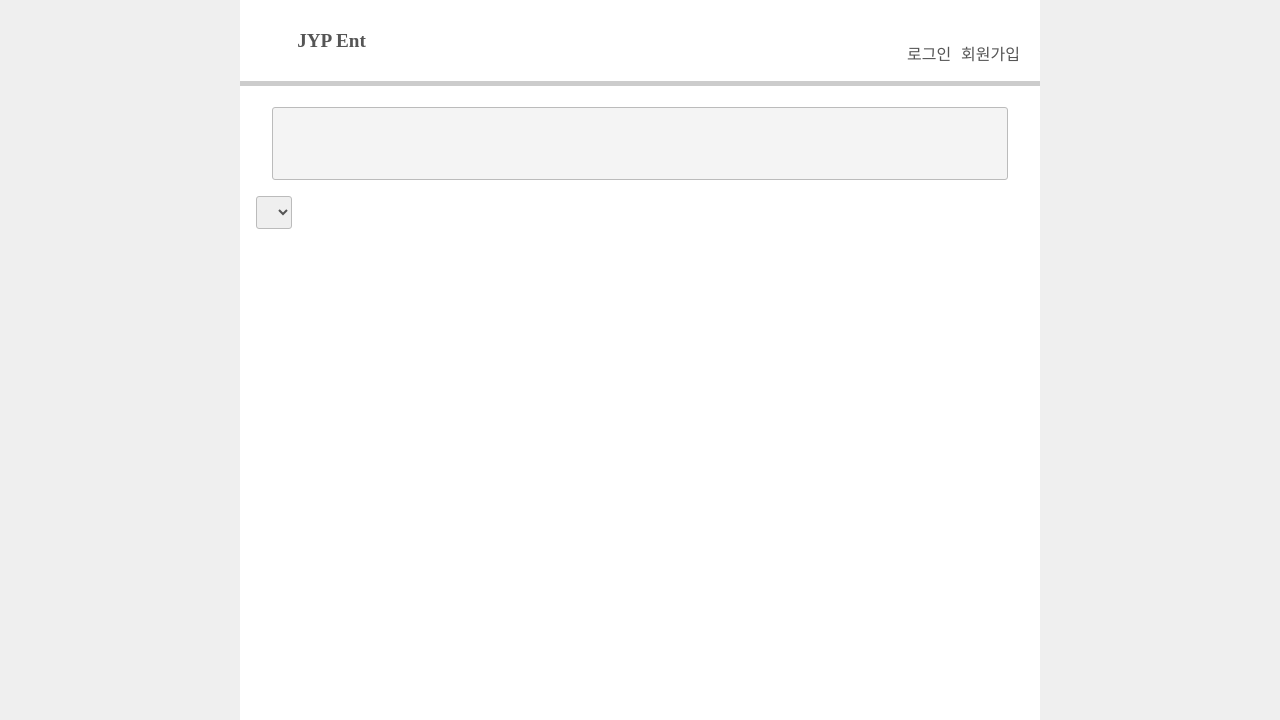
Repository: junyong231/JSP-SSIT
Page: http://localhost/jspPro/days02/ex01.jsp
These files come from the project's save history. The page is drawn as it stood at one moment and after the next save; the edit follows.
The browser window is 1280 px wide. The pictures show the whole page.
Some web fonts or font styles are not loaded; a fallback is used. The page is served by Tomcat 9. Other server files are loaded and not shown. Queries for data that is not in the repository find no rows.

Above is the page before, as saved 2024-10-16 01:10:21.

### jspPro/src/main/webapp/days02/ex01.jsp

<%@page import="com.util.DBConn"%>
<%@page import="java.util.ArrayList"%>
<%@page import="org.doit.domain.DeptVO"%>
<%@page import="java.sql.ResultSet"%>
<%@page import="java.sql.PreparedStatement"%>
<%@page import="java.sql.Connection"%>
<%@ page contentType="text/html; charset=UTF-8" pageEncoding="UTF-8"%>


<%
	Connection conn = null;
	PreparedStatement pstmt = null;
	String sql = " SELECT * "
					+ " FROM dept ";
	ResultSet rs = null;

	int deptno;
	String dname, loc;

	DeptVO vo = null;
	ArrayList<DeptVO> list = null;

	try{

		conn = DBConn.getConnection();

		pstmt = conn.prepareStatement(sql);
		rs = pstmt.executeQuery();
		if( rs.next() ) {
			list = new ArrayList<>();
			do{

				deptno = rs.getInt("deptno");
				dname = rs.getString("dname");
				loc = rs.getString("loc");

				vo = new DeptVO().builder()
								.deptno(deptno).dname(dname).loc(loc).build();

	            list.add(vo);


			}while( rs.next() );
		}

		/* System.out.println("> conn = " + conn);
		System.out.println(">isClosed = " + conn.isClosed() ); //true이면 닫힌거임 false떠야 연결완료 */

	}catch(Exception e){

	}finally{
		DBConn.close();
	}



%>

<!DOCTYPE html>
<html>
<head>
<meta charset="UTF-8">
<title>Insert title here</title>
<link rel="shortcut icon" type="image/x-icon" href="http://localhost/jspPro/images/SiSt.ico">
<script src="https://ajax.googleapis.com/ajax/libs/jquery/3.7.1/jquery.min.js"></script>
<meta name="viewport" content="width=device-width, initial-scale=1.0">
<meta name="google" content="notranslate">
<link rel="stylesheet" href="http://localhost/jspPro/resources/cdn-main/example.css">
<script src="http://localhost/jspPro/resources/cdn-main/example.js"></script>
<style>
 span.material-symbols-outlined{
    vertical-align: text-bottom;
 }
</style>
</head>
<body>
<header>
  <h1 class="main"><a href="#" style="position: absolute;top:30px;">JYP Ent</a></h1>
  <ul>
    <li><a href="#">로그인</a></li>
    <li><a href="#">회원가입</a></li>
  </ul>
</header>
<div>
  <xmp class="code">

  </xmp>

  <select id="deptno" name="deptno">



  </select>

</div>
</body>
</html>

### jspPro/src/main/java/com/util/DBConn.java
package com.util;

import java.sql.Connection;
import java.sql.DriverManager;
import java.sql.SQLException;

// 싱글톤으로 db연결 객체를 만들어보자.
public class DBConn {

   private static Connection conn = null;

   private DBConn() {

   }

   public static Connection getConnection() {

      if (conn == null) {
         // conn 생성해서 반환.
         String className = "oracle.jdbc.driver.OracleDriver"; // oracleDriver 컨트롤엔터하면 나오는것 복붙
         String url = "jdbc:oracle:thin:@localhost:1521:xe";
         String user = "SCOTT";
         String password = "TIGER";

         try {
            Class.forName(className);
            conn = DriverManager.getConnection(url, user, password);
         } catch (ClassNotFoundException e) {
            e.printStackTrace();
         } catch (SQLException e) {
            e.printStackTrace();
         }

      } // if

      return conn; // 만들어져있으니, 그대로 반환.

   }

   //



   public static Connection getConnection(String url, String user, String password)   {

      if (conn == null) {
         // conn 생성해서 반환.
         String className = "oracle.jdbc.driver.OracleDriver"; // oracleDriver 컨트롤엔터하면 나오는것 복붙
         try {
            Class.forName(className);
            conn = DriverManager.getConnection(url, user, password);
         } catch (ClassNotFoundException e) {
            e.printStackTrace();
         } catch (SQLException e) {
            e.printStackTrace();
         }


      } // if

      return conn; // 만들어져있으니, 그대로 반환.

   } //getconn

   public static void close() {

          try {
             if (conn != null && !conn.isClosed()) {
                conn.close();
            }

         } catch (SQLException e) {
            e.printStackTrace();
         }
          conn = null;

   }


} // class

### jspPro/src/main/webapp/resources/cdn-main/example.css
@charset "UTF-8";

@import url('https://fonts.googleapis.com/css2?family=Material+Symbols+Outlined:opsz,wght,FILL,GRAD@20..48,100..700,0..1,-50..200');

@font-face {
    font-family: 'GmarketSansMedium';
    src: url('https://cdn.jsdelivr.net/gh/projectnoonnu/noonfonts_2001@1.1/GmarketSansMedium.woff') format('woff');
    font-weight: normal;
    font-style: normal;
}

:root {
	--text-color: #555;
	--sub-text-color: #777;
	--back-color: #EFEFEF;
	--header-color: #444;
	--primary-color: #DEDEDE;
	--secondary-color: #EFEFEF;
	--default-width: 800px;
	--narrow-width: 500px;
	--wide-width: 1200px;
	--text-font: 'GmarketSansMedium';
	--icon-font: 'Material Symbols Outlined';
	--border-color: #CCC;
}

html, body {
	margin: 0;
	padding: 0;
}

html {
	background-color: var(--back-color);
	display: flex;
	justify-content: center;
	min-height: 100vh;
}

body, body.default {
	width: var(--default-width);
	background-color: white;
	padding-bottom: 120px;
}

body.wide {
	width: var(--wide-width);
}

body.narrow {
	width: var(--narrow-width);
}



body, p, div, span, a, input, select, option, textarea, button, table, th, td, label, fieldset, legend {
	font-family: var(--text-font);
	color: var(--text-color);
}

h1, h2, h3 {
	font-family: var(--text-font);
	color: var(--header-color);
	padding: 0 1rem;
	padding-top: .5rem;
}

div > h1, div > h2, div > h3 {
	padding: 0;
}

body > div, body > main > div {
	padding: 0.3rem 1rem;
}


h1 { font-size: 2rem; border-bottom: 1px solid var(--border-color); }
h1 small { font-size: 1.2rem; color: var(--sub-text-color); }
h2 { font-size: 1.5rem; border-bottom: 1px dashed var(--border-color); }
h2 small { font-size: 1.1rem; color: --sub-text-color; }
h3 { font-size: 1.2rem; }
h3 small { font-size: 1rem; color: --sub-text-color; }



h1.main::before {
	font-family: var(--icon-font);
  	content: '\e666';
  	margin-right: 10px;
  	float: left;
	font-size: 2.5rem;
}

h1.sub::before {
	font-family: var(--icon-font);
  	content: '\ea19';
  	margin-right: 10px;
  	float: left;
	font-size: 2.5rem;
}


h1.page::before {
	font-family: var(--icon-font);
  	content: '\e0e0';
  	margin-right: 10px;
  	float: left;
	font-size: 2.5rem;
}

body > header > ul > li > .active{
	background-color: #FFF;
	color:#F00;
}

body > header {
	display: flex;
	justify-content: space-between;
	border-bottom: 5px solid var(--border-color);
	min-height: 74px;
	background-color: #FFF;
}

body > header.sticky {
	position: sticky;
	top: 0;
	z-index: 98;
}

body > header > h1 {
	font-size: 1.2rem;
	border: 0;
}

body > header.in > h1::before {
	font-family: var(--icon-font);
  	content: '\e332‥';
  	margin-right: 3px;
  	float: left;
	font-size: 2rem;
}


body > header > ul {
	list-style-type: none;
	display: flex;
	align-items: flex-end;
	margin-right: 10px;
}

body > header > ul > li {
	margin-right: 10px;
	cursor: pointer;
}

body > header > ul > li > a {
	cursor: pointer;
}


form {
	display: block;
}

form > div {
	padding: 0.3rem 1rem;
}

div > form > div {
	padding: 0.3rem 0;
}

input, textarea, button, select {
	border: 1px solid #BBB;
	border-radius: 3px;
	outline: none;
	resize: none;
	padding: 7px;
	margin: 0;
}

input[type=text]:read-only, textarea:read-only {
	cursor: not-allowed;
	background-color: #FFF;
}

input[type=text]:disabled, textarea:disabled {
	cursor: not-allowed;
	background-color: #EEE;
}

input[type=text], input[type=password], textarea, button, select {
	/* width: 300px; */
}

textarea {
	display: block;
	height: 100px;
}

input[type=button], input[type=submit], button {
	/* width: inherit; */
}

input.short, textarea.short, button.short, select.short {
	width: 100px;
}

input.long, textarea.long, button.long, select.long {
	width: 350px;
}

.narrow input.long, .narrow textarea.long, .narrow button.long, .narrow select.long {
	width: calc(100% - 20px);
}

input.full, textarea.full, button.full, select.full {
	width: calc(100% - 20px);
}

textarea.short {
	height: 50px;
}

textarea.long {
	height: 100px;
}

textarea.full {
	height: 200px;
}

input, textarea {
	padding-top: 8px;
}

input[type=button], input[type=submit], button {
	padding: 5px 10px;
	background-color: var(--secondary-color);
	cursor: pointer;
	min-height: 36px;
}

input[type=button].primary, input[type=submit].primary, button.primary {
	/* background-color: rgba(100, 149, 237, .2); */
	background-color: var(--primary-color);
}

input[type=button].primary:hover, input[type=submit].primary:hover, button.primary:hover {
	/* background-color: rgba(100, 149, 237, .3); */
	background-color: var(--secondary-color);
}

input[type=button]:hover, input[type=submit]:hover, button:hover {
	background-color: var(--primary-color);
}

button {
	position: relative;
	left: 0;
	top: 0;
	padding-left: 35px;
}

button .material-symbols-outlined {
	position: absolute;
	left: 10px;
	top: 4px;
}

/* k2nik add */
button.login::before {
	font-family: var(--icon-font);
  	content: '\ea77';
	position: absolute;
	left: 11px;
	top: 4px;
	font-size: 1.25rem;
}

/* k2nik logout */
button.logout::before {
	font-family: var(--icon-font);
  	content: '\e9ba';
	position: absolute;
	left: 11px;
	top: 4px;
	font-size: 1.25rem;
}

/* k2nik help */
button.help::before {
	font-family: var(--icon-font);
  	content: '\f1c0';
	position: absolute;
	left: 11px;
	top: 4px;
	font-size: 1.25rem;
}

button.add::before{
	font-family: var(--icon-font);
  	content: '\e746';
	position: absolute;
	left: 11px;
	top: 4px;
	font-size: 1.25rem;
}

button.back::before {
	font-family: var(--icon-font);
  	content: '\e166';
	position: absolute;
	left: 11px;
	top: 4px;
	font-size: 1.25rem;
}

button.list::before {
	font-family: var(--icon-font);
  	content: '\e0ee';
	position: absolute;
	left: 11px;
	top: 4px;
	font-size: 1.25rem;
}


button.del::before {
	font-family: var(--icon-font);
  	content: '\e872';
	position: absolute;
	left: 11px;
	top: 4px;
	font-size: 1.25rem;
}


button.edit::before {
	font-family: var(--icon-font);
  	content: '\e745';
	position: absolute;
	left: 11px;
	top: 4px;
	font-size: 1.25rem;
}


button.login::before {
	font-family: var(--icon-font);
  	content: '\ea77';
	position: absolute;
	left: 11px;
	top: 4px;
	font-size: 1.25rem;
}


button.logout::before {
	font-family: var(--icon-font);
  	content: '\e9ba';
	position: absolute;
	left: 11px;
	top: 4px;
	font-size: 1.25rem;
}


button.in::before {
	font-family: var(--icon-font);
  	content: '\f71a';
	position: absolute;
	left: 11px;
	top: 4px;
	font-size: 1.25rem;
}


button.out::before {
	font-family: var(--icon-font);
  	content: '\f70e';
	position: absolute;
	left: 11px;
	top: 4px;
	font-size: 1.25rem;
}


button.reply::before {
	font-family: var(--icon-font);
  	content: '\e15e';
	position: absolute;
	left: 11px;
	top: 4px;
	font-size: 1.25rem;
}


button.comment::before {
	font-family: var(--icon-font);
  	content: '\e0b9';
	position: absolute;
	left: 11px;
	top: 4px;
	font-size: 1.25rem;
}


button.modal::before {
	font-family: var(--icon-font);
  	content: '\e89e';
	position: absolute;
	left: 11px;
	top: 4px;
	font-size: 1.25rem;
}


button.ok::before {
	font-family: var(--icon-font);
  	content: '\e86c';
	position: absolute;
	left: 11px;
	top: 4px;
	font-size: 1.25rem;
}


button.cancel::before {
	font-family: var(--icon-font);
  	content: '\e5c9';
	position: absolute;
	left: 11px;
	top: 4px;
	font-size: 1.25rem;
}

button.search::before {
	font-family: var(--icon-font);
  	content: '\e8b6';
	position: absolute;
	left: 11px;
	top: 4px;
	font-size: 1.25rem;
}

button.home::before {
	font-family: var(--icon-font);
  	content: '\e88a';
	position: absolute;
	left: 11px;
	top: 4px;
	font-size: 1.25rem;
}


button.sidebar::before {
	font-family: var(--icon-font);
  	content: '\f7e4';
	position: absolute;
	left: 11px;
	top: 4px;
	font-size: 1.25rem;
}


button.sidebar-right::before {
	font-family: var(--icon-font);
  	content: '\f7e5';
	position: absolute;
	left: 11px;
	top: 4px;
	font-size: 1.25rem;
}




button::before {
	font-family: var(--icon-font);
  	content: '\e323';
	position: absolute;
	left: 11px;
	top: 4px;
	font-size: 1.25rem;
}


table {
	border-collapse: collapse;
	margin: 1rem;
	box-sizing: border-box;
	width: calc(100% - 32px);
}

table.content {
	width: auto;
}

div > table {
	margin: 0;
}

table th, table td {
	border: 1px solid var(--border-color);
	padding: 7px;
	font-weight: normal;
}

table th {
	background-color: var(--back-color);
}

table.vertical th {
	width: 150px;
}

table.vertical td {
	width: calc(100% - 182px);
	padding-left: 10px;
}

table.content td, table.content th {
	width: auto;
}

body.narrow table.vertical th {
	width: 100px;
}

body.narrow table.vertical td {
	width: calc(100% - 182px);
}


table + table {
	margin-top: 30px;
}


p {
	padding: 0 1rem;
}

a {
	text-decoration: none;
}

a:hover {
	color: rgba(255, 99, 71, .7);
}

hr {
	border: 0;
	border-top: 1px solid var(--border-color);
	margin: 2rem 0;
}

.message {
	border: 1px solid var(--border-color);
	background-color: #EFEFEF;
	margin: 1rem;
	width: auto;
	padding-top: 10px;
	padding-bottom: 10px;
	font-size: 14px;
}

.message[title]::before {
	content: attr(title);
	display: block;
	border-bottom: 1px solid var(--border-color);
	padding-bottom: 5px;
	margin-bottom: 10px;
	margin-top: 7px;
}

.message.short {
	max-width: 250px;
}

.message.long {
	max-width: 500px;
}

.badge {
	float: right;
	font-size: .8rem;
	margin-top: 2px;
	margin-right: 2px;
	text-shadow: 0 0 7px gray;
}

.badge.left {
	float: none;
	margin-left: 2px;
}

.badge.right {
	float: right;
}

.badge.red {
	border-radius: 50%;
	padding: 2px 5px;
	background-color: rgb(255, 99, 71, .3);
}

.badge.yellow {

	border-radius: 50%;
	padding: 2px 5px;
	background-color: rgb(255, 215, 0, .5);
}

.badge.blue {
	border-radius: 50%;
	padding: 2px 5px;
	background-color: rgb(100, 149, 237, .3);
}

label + label {
	margin-left: 7px;
}

label input[type=checkbox], label input[type=radio] {
	transform: translate(0, 1px);
}

.group {
	display: flex;
}

.modal-content .group {
	margin-bottom: .5rem;
}

.group label {
	border: 1px solid #BBB;
	border-radius: 3px;
	outline: none;
	resize: none;
	padding: 7px 14px;
	margin: 0;
	border-top-right-radius: 0;
	border-bottom-right-radius: 0;
	background-color: #EFEFEF;
	white-space: nowrap;
	font-size: 14px;
}

.group input[type=text] {
	margin-left: -1px;
	border-top-left-radius: 0;
	border-bottom-left-radius: 0;
}

.group select {
	margin-left: -1px;
	border-top-left-radius: 0;
	border-bottom-left-radius: 0;
}

.group input.full[type=text] {
	margin-left: -1px;
	border-top-left-radius: 0;
	border-bottom-left-radius: 0;
	width: 100%;
}

.group input[type=button]:first-child, .group button:first-child {
	border-top-left-radius: 3px;
	border-bottom-left-radius: 3px;
	margin-left: 0px;
}

.group input[type=button], .group button {
	border-radius: 0;
	margin-left: -1px;
}

.group input[type=button]:last-child, .group button:last-child {
	margin-left: -1px;
	border-top-right-radius: 3px;
	border-bottom-right-radius: 3px;
}

.seperate {
	display: flex;
	justify-content: space-between;
}

div.list {
	width: max-content;
	margin: 1rem;
	border: 1px solid #BBB;
	border-radius: 3px;
	padding: 0;
}

div.list.full {
	width: auto;
	display: block;
	margin: 1rem;
	border: 1px solid #BBB;
	border-radius: 3px;
	padding: 0;
}

div.list > div {
	padding: .5rem 1rem;
	margin: 0;
	border-bottom: 1px solid #BBB;
}

div.list > div:last-child {
	border-bottom: 0;
}

pre.code , xmp.code{
	font-family: consols;
	background-color: rgba(150, 150, 150, .1);
	border: 1px solid #BBB;
	border-radius: 3px;
	padding: .5rem 1rem;
	padding-bottom: .6rem;
	margin: 1rem;
}




*[data-modal-window] {
	position: fixed;
	background-color: rgba(0, 0, 0, .3);
	left: 0;
	top: 0;
	display: none;
	justify-content: center;
	align-items: flex-start;
	width: 100%;
	min-height: 100vh;
	z-index: 100;
	opacity: 0;
	transition: 500ms all;
}

*[data-modal-window] .modal-container {
	border-radius: 5px;
	padding: 1rem;
	padding-bottom: .5rem;
	margin-top: -500px;
	opacity: 0;
	width: 500px;
	background-color: #FFF;
	margin-right: 2rem;
	transition: 500ms all;
}

*[data-modal-size=content] .modal-container {
	width: auto;
}

*[data-modal-size=narrow] .modal-container {
	width: 300px;
}

*[data-modal-size=wide] .modal-container {
	width: 760px;
}


*[data-modal-window] .modal-header {
	border-bottom: 1px solid var(--border-color);
	padding: 2px 5px;
}

*[data-modal-window] .modal-content {
	padding: 1rem 5px;
}

*[data-modal-window] .modal-content div:last-child {
	margin-top: 1rem;
	text-align: right;
}



*[data-sidebar-window] {
	position: fixed;
	background-color: #FFF;
	left: 0;
	top: 0;
	display: block;
	width: 300px;
	border-right: 1px solid var(--border-color);
	box-sizing: border-box;
	box-shadow: 0 0 3px var(--back-color);
	min-height: 100vh;
	z-index: 99;
	transform: translate(-300px, 0);
	transition-duration: 500ms;
	transition-property: transform;
}

*[data-sidebar-direction=right] {
	left: auto;
	right: 0;
	transform: translate(300px, 0);
	border-left: 1px solid var(--border-color);
}

*[data-sidebar-size=wide] {
	width: 500px;
	transform: translate(-500px, 0);
}

*[data-sidebar-window] .sidebar-title {
	border-bottom: 1px solid var(--border-color);
	margin-top: 20px;
	margin-bottom: 20px;
	padding-bottom: 5px;
	display: flex;
	justify-content: space-between;
}

*[data-sidebar-window] .sidebar-title span:last-child {
	cursor: pointer;
}


/* K2Nik pagination */
.center {
  text-align: center;
}

.pagination {
  display: inline-block;
}

.pagination a {
  color: black;
  float: left;
  padding: 3px 6px;
  text-decoration: none;
  transition: background-color .3s;
  border: 1px solid #ddd;
  margin: 0 3px;
}

.pagination a.active {
  background-color: #4CAF50;
  color: white;
  border: 1px solid #4CAF50;
}

.pagination a:hover:not(.active) {background-color: #ddd;}

### jspPro/src/main/webapp/resources/cdn-main/example.js

window.onload = () => {

    const list = document.querySelectorAll('input, textarea');

    list.forEach(item => {
        item.setAttribute('autocomplete', 'off');
    });


    const modal_btn_list = document.querySelectorAll('*[data-modal-button]');

    modal_btn_list.forEach(item => {
        item.onclick = function() {

            const name = this.dataset['modalButton'];
            const modal_window = document.querySelector('*[data-modal-window=' + name);

            const container = document.createElement('div');
            container.className = 'modal-container';



            const modal_header = document.createElement('div');
            modal_header.textContent = modal_window.dataset['modalTitle'];
            modal_header.className = 'modal-header';
            container.appendChild(modal_header);

            const modal_content = document.createElement('div');
            modal_content.className = 'modal-content';
            container.appendChild(modal_content);

            Array.from(modal_window.childNodes).forEach(item => {
                modal_content.appendChild(item);
            });

            modal_window.appendChild(container);

            modal_window.style.display = 'flex';

            setTimeout(() => {
                modal_window.style.opacity = 1;
                container.style.marginTop = '20px';
                container.style.opacity = 1;
            }, 50);


            const modal_ok = document.querySelector('*[data-modal-ok=' + name);
            modal_ok.addEventListener('click', function() {
                modal_window.style.opacity = 0;
                container.style.marginTop = '-500px';
                container.style.opacity = 0;

                setTimeout(() => {
                    modal_window.innerHTML = modal_content.innerHTML;
                    modal_window.style.display = 'none';
                }, 500);

            });

            const modal_cancel = document.querySelector('*[data-modal-cancel=' + name);
            modal_cancel.addEventListener('click', function() {

                modal_window.style.opacity = 0;
                container.style.marginTop = '-500px';
                container.style.opacity = 0;

                setTimeout(() => {
                    modal_window.innerHTML = modal_content.innerHTML;
                    modal_window.style.display = 'none';
                }, 500);
            });


        };
    });


    const sidebar_btn_list = document.querySelectorAll('*[data-sidebar-button]');

    sidebar_btn_list.forEach(item => {
        item.onclick = function() {



            const name = this.dataset['sidebarButton'];
            const sidebar_window = document.querySelector('*[data-sidebar-window=' + name);

            if (sidebar_window.style.transform == 'translate(0px, 0px)') return;



            sidebar_window.style.transform = 'translate(0, 0)';

            const sidebar_title = document.createElement('div');
            sidebar_title.className = 'sidebar-title';
            sidebar_title.innerHTML = '<span>' + sidebar_window.dataset['sidebarTitle'] + '</span><span class="material-symbols-outlined">close</span>';

            sidebar_title.children[1].onclick = function() {

                let sign = 1;
                let distance = 300;

                if (sidebar_window.dataset['sidebarDirection'] != 'right') {
                    sign = -1;
                } else {
                    sign = 1;
                }

                if (sidebar_window.dataset['sidebarSize'] != 'wide') {
                    distance = 300;
                } else {
                    distance = 500;
                }

                distance *= sign;

                sidebar_window.style.transform = 'translate(' + distance + 'px, 0)';

                setTimeout(function() {
                    sidebar_window.removeChild(sidebar_window.children[0]);
                }, 500);
            };


            sidebar_window.prepend(sidebar_title);

        }
    });

};

// window.onkeydown = function(event) {

//     if (event.keyCode == 27) {
//         if (document.querySelector('[data-modal-window').style.display == 'flex') {
//             document.querySelector('[data-modal-window').style.display = 'none';
//         }
//     }

// };

After the next save:
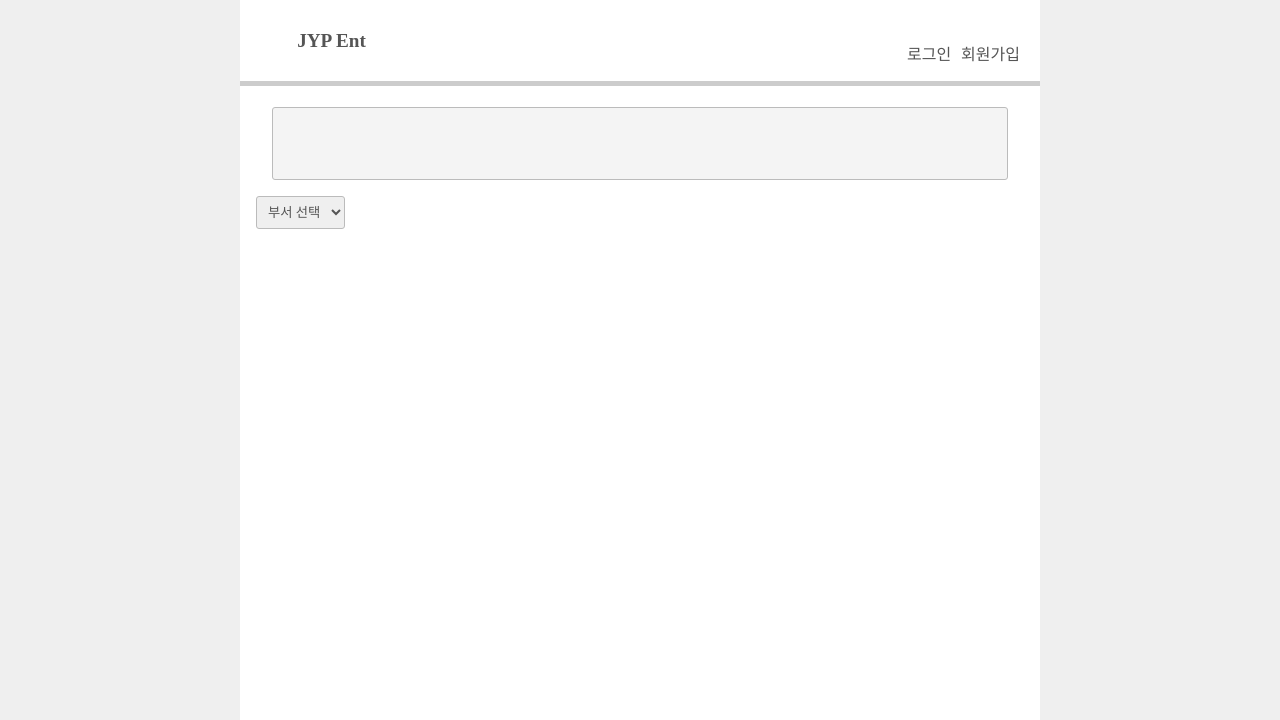
Saved 23 s later.
--- a/jspPro/src/main/webapp/days02/ex01.jsp
+++ b/jspPro/src/main/webapp/days02/ex01.jsp
@@ -89,7 +89,7 @@
 
   <select id="deptno" name="deptno">
 
-
+  	<option>부서 선택 </option>
 
   </select>
 
